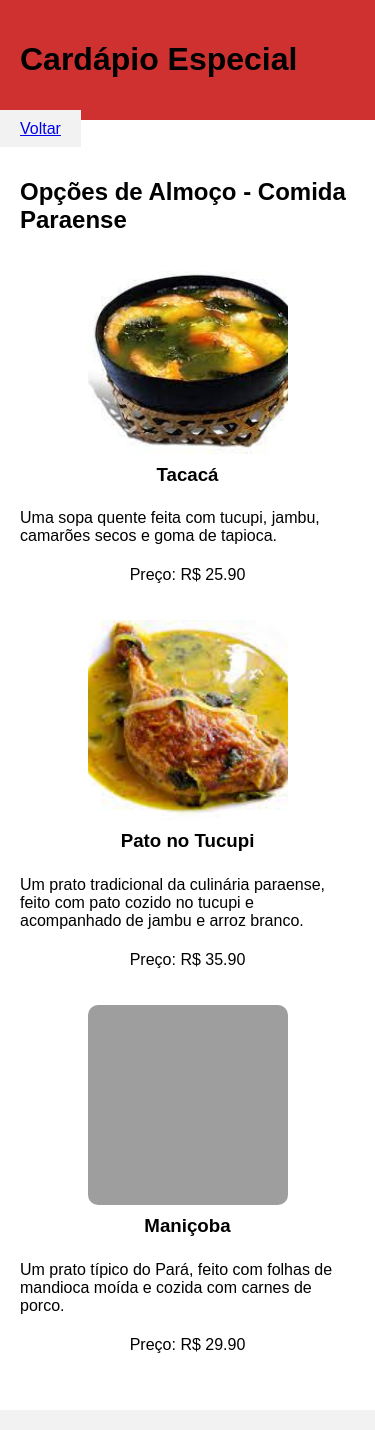
Repository: eupordias/frontarnia
Page: AULA 06/RESTAURANTE/cardapio-especial.html
These files come from the project's save history. The page is drawn as it stood at one moment and after the next save; the edit follows.
The browser window is 375 px wide. The pictures show the whole page.
Pictures or frames that could not be fetched are drawn as grey boxes.

Above is the page before, as saved 2023-08-08 13:19:19.

### AULA 06/RESTAURANTE/cardapio-especial.html
<!DOCTYPE html>
<html>
  <head>
    <title>Restaurante - Cardápio Especial</title>
    <link rel="stylesheet" href="styles.css" />
  </head>
  <body>
    <!-- Cabeçalho -->
    <header>
      <h1>Cardápio Especial</h1>
    </header>
<a href="proprietario.html" class="button">Voltar</a>
    <!-- Opções de almoço -->
    <main>
      <h2>Opções de Almoço - Comida Paraense</h2>
      <div class="cardapio-item">
        <img src="data:[embedded picture, 9927 characters]" alt="Tacacá">
        <h3>Tacacá</h3>
        <p>Uma sopa quente feita com tucupi, jambu, camarões secos e goma de tapioca.</p>
        <p>Preço: R$ 25.90</p>
      </div>
      <div class="cardapio-item">
        <img src="data:[embedded picture, 7691 characters]" alt="Pato no Tucupi">
        <h3>Pato no Tucupi</h3>
        <p>Um prato tradicional da culinária paraense, feito com pato cozido no tucupi e acompanhado de jambu e arroz branco.</p>
        <p>Preço: R$ 35.90</p>
      </div>
      <div class="cardapio-item">
        <img src="https://encrypted-tbn0.gstatic.com/images?q=tbn:ANd9GcSYPXqsD9fL1D4VzUVaWADkbDhJYx2f5NIXPg&usqp=CAU" alt="Maniçoba">
        <h3>Maniçoba</h3>
        <p>Um prato típico do Pará, feito com folhas de mandioca moída e cozida com carnes de porco.</p>
        <p>Preço: R$ 29.90</p>
      </div>
    </main>

    <!-- Rodapé -->
    <footer>
      <!-- Conteúdo do rodapé -->
    </footer>
  </body>
</html>

### AULA 06/RESTAURANTE/styles.css
/* Estilos gerais */
body {
  font-family: Arial, sans-serif;
  margin: 0;
  padding: 0;
}

header {
  background-color: #cf3131;
  padding: 20px;
}

nav {
  background-color: #333;
  color: #fff;
  padding: 10px;
}

nav a {
  color: #fff;
  text-decoration: none;
  margin-right: 10px;
}

nav a:hover {
  color: #cf3131;
  transition: color 0.3s ease;
}

main {
  padding: 20px;
}

footer {
  background-color: #f2f2f2;
  padding: 10px;
  text-align: center;
}

/* Ícones */
.icon {
  font-size: 20px;
  margin-right: 5px;
}

/* Exemplo de estilização de um botão com transição */
.button {
  background-color: #f2f2f2;
  padding: 10px 20px;
  border: none;
  transition: background-color 0.3s ease;
}

.button:hover {
  background-color: #333;
  color: #fff;
}
<nav>
  <a href="index.html"><i class="icon fas fa-home"></i>Área do Cliente</a>
  <a href="proprietario.html"><i class="icon fas fa-user"></i>Área do Proprietário</a>
</nav>

<button class="button">Botão de Exemplo</button>
/* Estilos gerais */

body {
  font-family: Arial, sans-serif;
  margin: 0;
  padding: 0;
}

/* Estilos específicos para o cardápio */

.cardapio-item {
  display: flex;
  flex-direction: column;
  align-items: center;
  margin-bottom: 20px;
  cursor: pointer;
}

.cardapio-item img {
  width: 200px;
  height: 200px;
  object-fit: cover;
  border-radius: 10px;
}

.cardapio-item h3 {
  margin-top: 10px;
}

.cardapio-item p {
  margin-top: 5px;
}

.cardapio-item .ingredientes {
  margin-top: 10px;
}

.cardapio-item .ingredientes.hidden {
  display: none;
}

After the next save:
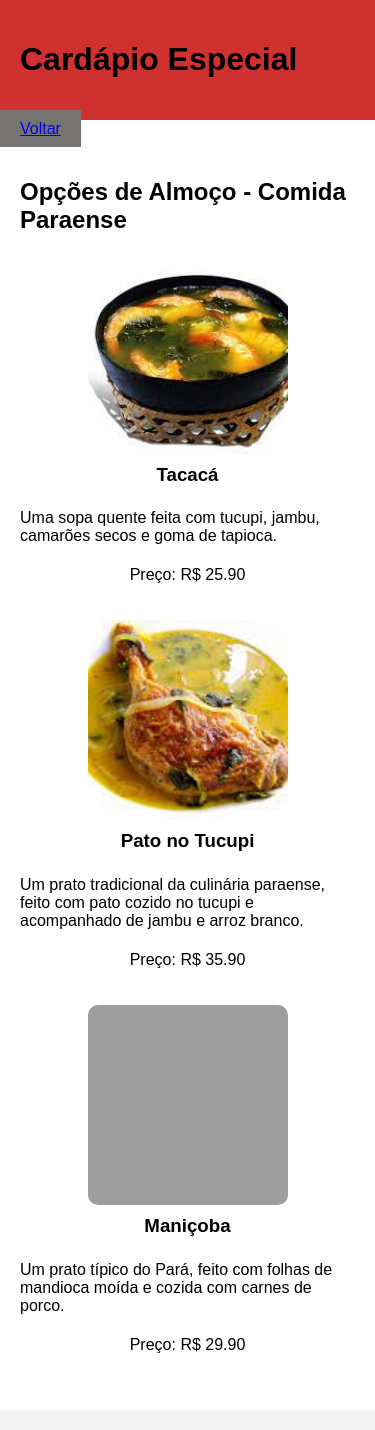
Saved 3 s later.
--- a/AULA 06/RESTAURANTE/styles.css
+++ b/AULA 06/RESTAURANTE/styles.css
@@ -1,4 +1,5 @@
 /* Estilos gerais */
+
 body {
   font-family: Arial, sans-serif;
   margin: 0;
@@ -45,7 +46,7 @@ footer {
 
 /* Exemplo de estilização de um botão com transição */
 .button {
-  background-color: #f2f2f2;
+  background-color: #767373;
   padding: 10px 20px;
   border: none;
   transition: background-color 0.3s ease;
@@ -54,19 +55,6 @@ footer {
 .button:hover {
   background-color: #333;
   color: #fff;
-}
-<nav>
-  <a href="index.html"><i class="icon fas fa-home"></i>Área do Cliente</a>
-  <a href="proprietario.html"><i class="icon fas fa-user"></i>Área do Proprietário</a>
-</nav>
-
-<button class="button">Botão de Exemplo</button>
-/* Estilos gerais */
-
-body {
-  font-family: Arial, sans-serif;
-  margin: 0;
-  padding: 0;
 }
 
 /* Estilos específicos para o cardápio */
@@ -101,3 +89,24 @@ body {
 .cardapio-item .ingredientes.hidden {
   display: none;
 }
+
+/* Estilos padrão para a página */
+/* ... */
+
+/* Media query para dispositivos móveis */
+@media only screen and (max-width: 600px) {
+  /* Estilos específicos para dispositivos móveis */
+  /* ... */
+}
+
+/* Estilo para o botão "Ativar Cardápio Especial" quando ativado */
+.cardapio-especial-ativado {
+  background-color: #cf3131;
+  color: #fff;
+}
+
+/* Estilo para o botão "Ativar Cardápio Especial" quando desativado */
+.cardapio-especial-desativado {
+  background-color: #767373;
+  color: #fff;
+}
